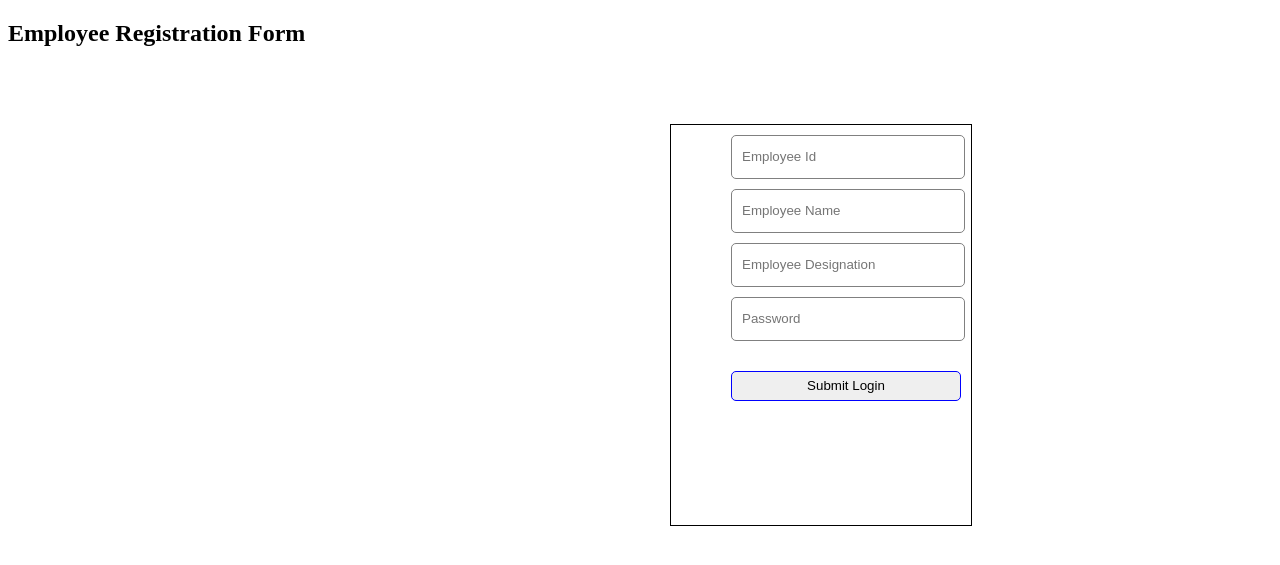
Repository: robin9533/Basic-Programs-App.
Page: GW-Genial Work Proj/GT_GenialToil/WebContent/EmployeeSignup.html
An editor plug-in stored every save of this project. The page is shown before and after the next save, followed by the edit.
The browser window is 1280 px wide. The pictures show the whole page.

Above is the page before, as saved 2019-05-10 07:16:49.

After the next save:
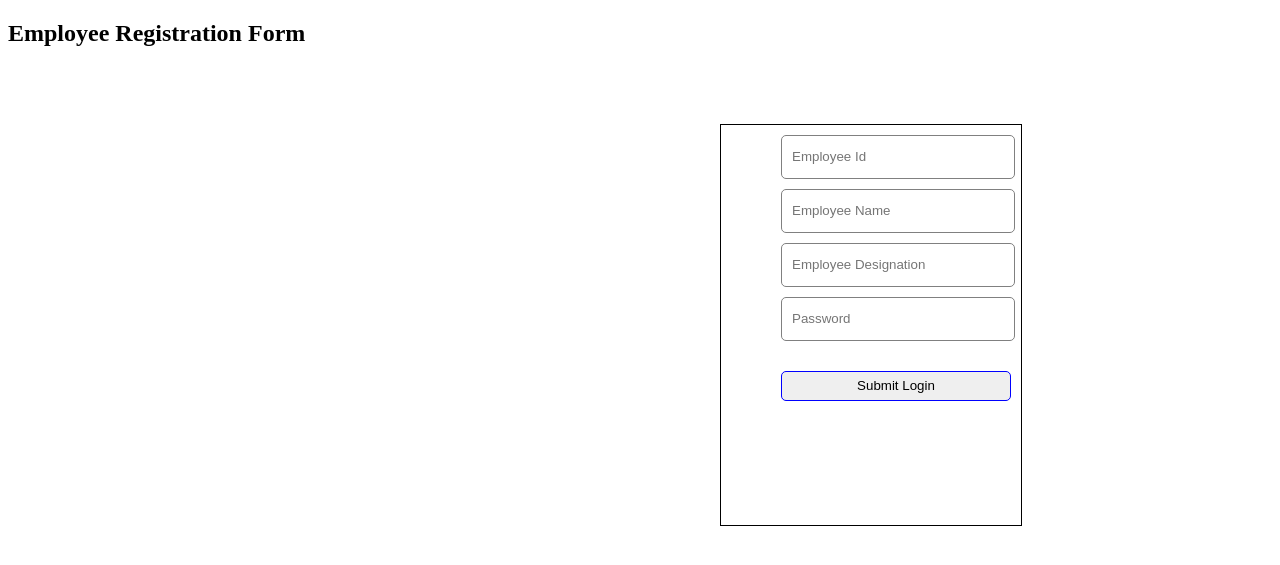
Saved 4 s later.
--- a/GW-Genial Work Proj/GT_GenialToil/WebContent/EmployeeSignup.css
+++ b/GW-Genial Work Proj/GT_GenialToil/WebContent/EmployeeSignup.css
@@ -9,7 +9,7 @@
 	float:right;
 	border:1px solid black;
 	margin-top: 30px;
-	margin-right: 300px
+	margin-right: 250px
 }
 .registrationblock input{
 	width: 220px;
